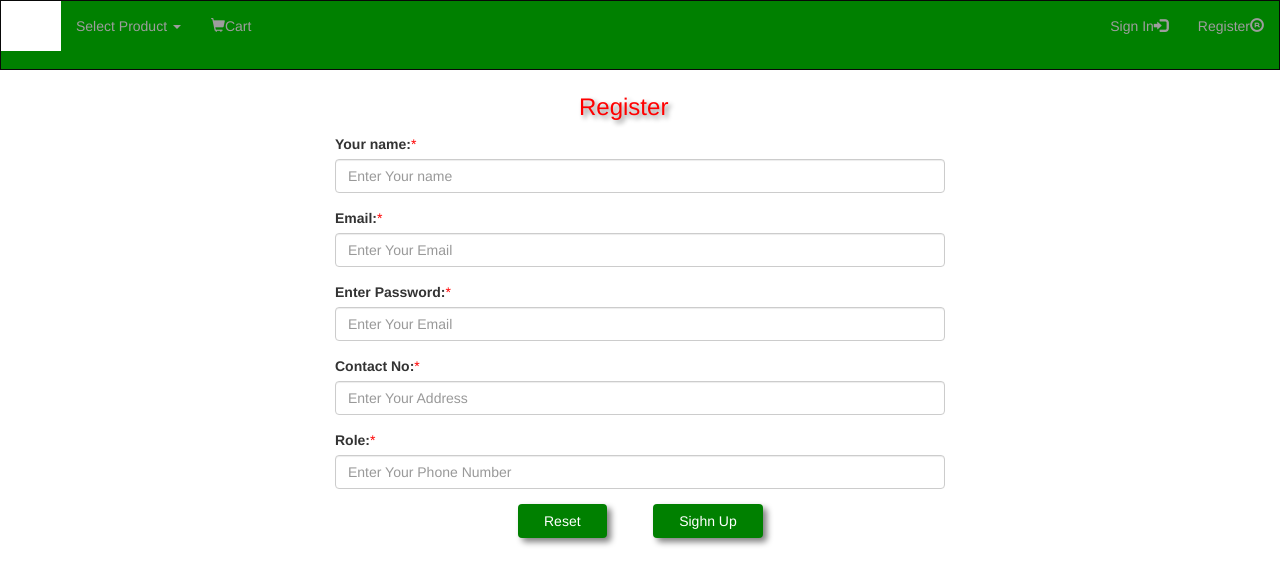
Repository: KoustabhBiswas/Final-Ecommerce-Project
Page: http://localhost/ecommerce1/WEB-INF/views/register.jsp
The author's editor kept a copy of each file at every save. The page is drawn from the files as they stood at one save, then again after the next save.
The browser window is 1280 px wide. The pictures show the whole page.
Some web libraries are served in a nearby version. The page is served by Tomcat 9. Nobody is signed in. Other server files are loaded and not shown. The template is opened directly, without the code that normally fills it, so the values that code supplies are empty.

Above is the page before, as saved 2017-09-17 12:14:51.

### Final Ecommerce Project/Ecommerce_Project-master/project/ecommerce1/src/main/webapp/WEB-INF/views/register.jsp
<%@ page language="java" contentType="text/html; charset=ISO-8859-1"
    pageEncoding="ISO-8859-1"%>
    <%@ taglib uri="http://www.springframework.org/tags/form" prefix="form" %>
<!DOCTYPE html PUBLIC "-//W3C//DTD HTML 4.01 Transitional//EN" "http://www.w3.org/TR/html4/loose.dtd">
<html>
<head>
<meta http-equiv="Content-Type" content="text/html; charset=ISO-8859-1">
<title>Insert title here</title>
<link rel="stylesheet"
	href="https://cdnjs.cloudflare.com/ajax/libs/font-awesome/4.7.0/css/font-awesome.min.css">

<link rel="stylesheet"
	href="https://maxcdn.bootstrapcdn.com/bootstrap/3.3.7/css/bootstrap.min.css">
<script
	src="https://ajax.googleapis.com/ajax/libs/jquery/3.2.1/jquery.min.js"></script>
<script
	src="https://maxcdn.bootstrapcdn.com/bootstrap/3.3.7/js/bootstrap.min.js"></script>
<style>
.btn{
	box-shadow:4px 4px 6px grey;
	margin-right: 10%;
	padding-right: 25px;
	padding-left: 25px;
	background-color: green;
	color: white;
}
.btn:hover{
	box-shadow:2px 2px 4px grey;
	background-color: blue;
}
</style>
</head>
<body>
<div class="container-fluid">
	<%@ include file="shared/navbar.jsp" %>
	<div class="row" >

  		<div class="col-md-6" style="margin-left: 25%; ">
  				<div><p style="color: red; margin-left: 40%; font-size: 24px; text-shadow: 3px 3px 5px grey; ">Register</p></div>

  			<form:form action="userSubmit" modelAttribute="registration" method="post" class="form-group">
  				<div class="form-group">
  				<form:input type="hidden" path="userId" />
  					<form:label path="userName">Your name:</form:label><span style="color: red">*</span>
  					<form:input type="text" name="uname" path="userName" class="form-control" placeholder="Enter Your name" />
  				</div>

  				<div class="form-group">
  					<form:label path="emailId">Email:</form:label><span style="color: red">*</span>
  					<form:input type="text" path="emailId" class="form-control" placeholder="Enter Your Email" />
  				</div>
				<div class="form-group">
  					<form:label path="password">Enter Password:</form:label><span style="color: red">*</span>
  					<form:input type="password" path="password" class="form-control" placeholder="Enter Your Email" />
  				</div>

  				<div class="form-group">
  					<form:label path="contactNo">Contact No:</form:label><span style="color: red">*</span>
  					<form:input type="text" path="contactNo" class="form-control" placeholder="Enter Your Address" />
  				</div>

  				<div class="form-group">
  					<form:label path="role">Role:</form:label><span style="color: red">*</span>
  					<form:input type="text" path="role" class="form-control" placeholder="Enter Your Phone Number" />
  				</div>



  				<div style="margin-left: 30% ">
  					<input type="reset" value="Reset" class="btn" style="">

  					<input type="submit" value="Sighn Up" class="btn" style="  padding-right: 25px; padding-left: 25px;">
  				</div>

  			</form:form>

  		</div>

  	</div>
  	</div>
</body>
</html>

### Final Ecommerce Project/Ecommerce_Project-master/project/ecommerce1/src/main/webapp/WEB-INF/views/shared/navbar.jsp
<%@ page language="java" contentType="text/html; charset=ISO-8859-1"
	pageEncoding="ISO-8859-1" isELIgnored="false"%>
<%@ taglib uri="http://www.springframework.org/security/tags"
	prefix="sec"%>
<%@ taglib uri="http://java.sun.com/jsp/jstl/core" prefix="c"%>

<style>
nav {
	background-color: #1b6d85;
}
</style>

<div class="row" style="border-bottom-style: none;">
	<nav class="navbar navbar-inverse"
		style="background-color: green; border-radius: 0px; color: white; height:70px">
		<div class="container-fluid">
			<div class="navbar-header" >
				<a class="navbar-brand" href="home" style="background-color:white; width:60px;  background-image: url("shopmobiles4.jpg");"></a>
			</div>
			<ul class="nav navbar-nav">

				<li class="dropdown"><a class="dropdown-toggle"
					data-toggle="dropdown" href="#">Select Product <span
						class="caret"></span></a>
					<ul class="dropdown-menu">
						<li><a href="${pageContext.request.contextPath}/samsung">Samsung</a></li>
						<li><a href="${pageContext.request.contextPath}">Nokia</a></li>
						<li><a href="#">HTC</a></li>
					</ul></li>

				<li><a href="/ecommerce1/user/view/cart"><span
						class="glyphicon glyphicon-shopping-cart"></span>Cart</a></li>

			</ul>
			<ul class="nav navbar-nav navbar-right">
				<sec:authorize access="hasAuthority('Admin')">
					<li class="dropdown"><a class="dropdown-toggle"
						data-toggle="dropdown" href="#">Admin <span class="caret"></span></a>
						<ul class="dropdown-menu">
							<li><a href="admin/product">Product</a></li>
							<li><a href="admin/supplier">Supplier</a></li>

						</ul></li>
				</sec:authorize>
				<sec:authorize access="isAnonymous()">
					<li><a href="login">Sign In<span
							class="glyphicon glyphicon-log-in"></span></a></li>
				</sec:authorize>
				<sec:authorize access="isAuthenticated()">
					<li><a href="/ecommerce1/logout">LOGOUT</a><span>${name}</span></li>
				</sec:authorize>
				<li><a href="registerpage">Register<span
						class="glyphicon glyphicon-registration-mark"></span></a>${username}</li>
			</ul>
		</div>
	</nav>
</div>

After the next save:
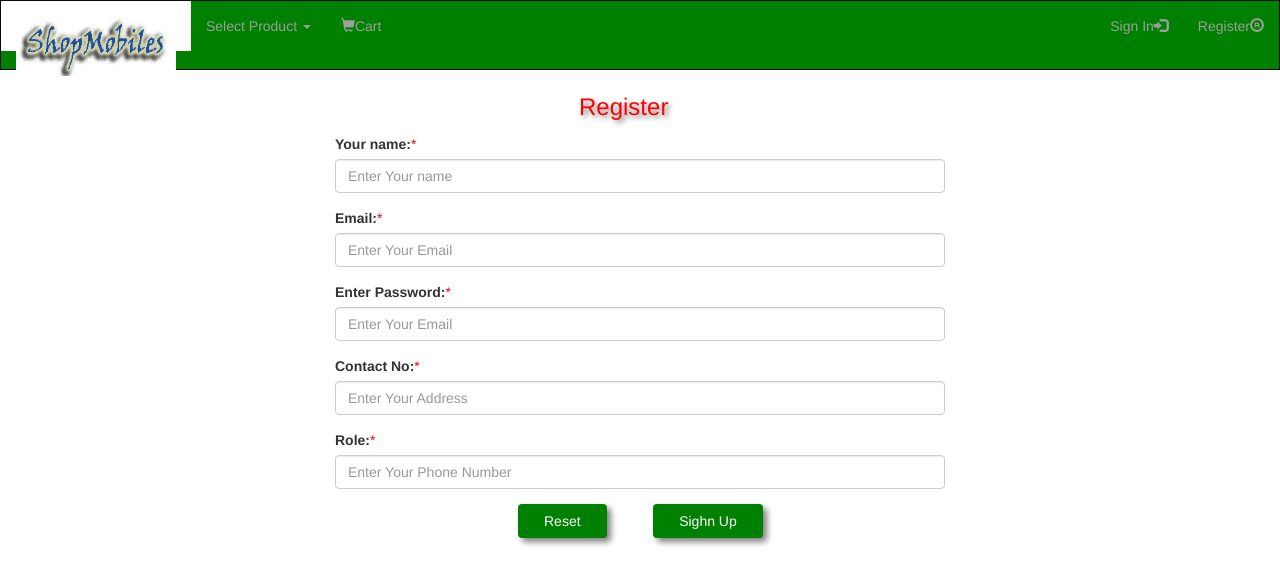
Saved 41 s later.
--- a/Final Ecommerce Project/Ecommerce_Project-master/project/ecommerce1/src/main/webapp/WEB-INF/views/shared/navbar.jsp
+++ b/Final Ecommerce Project/Ecommerce_Project-master/project/ecommerce1/src/main/webapp/WEB-INF/views/shared/navbar.jsp
@@ -15,7 +15,8 @@ nav {
 		style="background-color: green; border-radius: 0px; color: white; height:70px">
 		<div class="container-fluid">
 			<div class="navbar-header" >
-				<a class="navbar-brand" href="home" style="background-color:white; width:60px;  background-image: url("shopmobiles4.jpg");"></a>
+				<a class="navbar-brand" href="home" style="background-color:white;"><img
+					src="<c:url value="/resources/images/shopmobiles4.jpg" />" height=60px width=160px style="margin-bottom:-1%"></a>
 			</div>
 			<ul class="nav navbar-nav">
 
